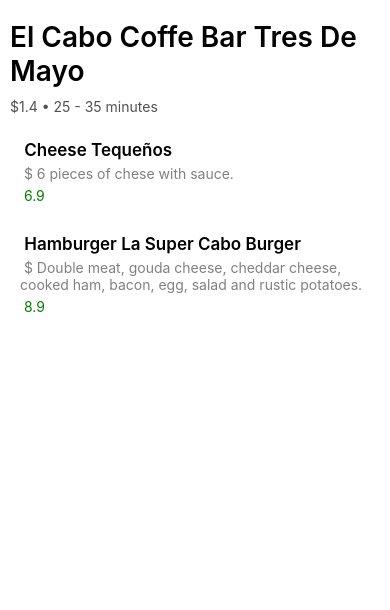
Repository: leroy-netizen/rn-uber-eats-client
Screen: /
An editor plug-in stored every save of this project. The screen is shown before and after the next save, followed by the edit.
The pictures show rows 234 to 844 of an output 844 px tall.
The app was drawn by React Native's web renderer in a window 390 px wide. The project was rebuilt for these pictures with package versions that can differ from the ones it lists, and the page was loaded fresh each time. Also part of the build but not shown: src/components/restaurantItem/RestaurantItem.jsx, src/screens/HomeScreen/index.js.

Above is the screen before, as saved 2023-01-16 16:45:29.

After the next save:
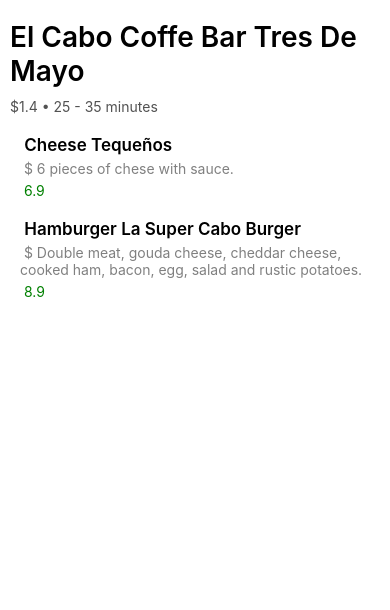
Saved 7 s later.
--- a/src/components/DishListItem/index.js
+++ b/src/components/DishListItem/index.js
@@ -12,7 +12,6 @@ const DishListItem = ({ dish }) => {
 
 const styles = StyleSheet.create({
   container: {
-        margin: 5,
         borderBottomColor: "lightgrey",
         marginHorizontal: 20,
         paddingVertical: 10
